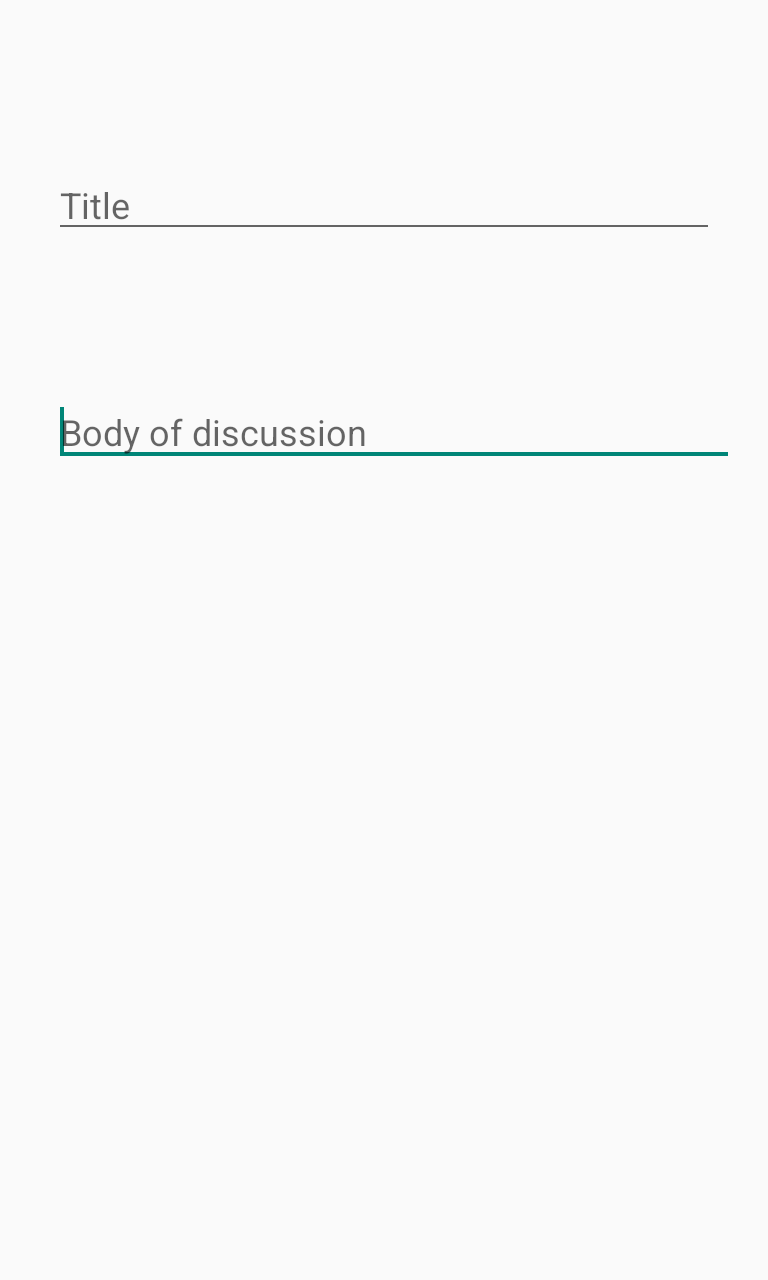
Repository: jayasi/Tag-Overflow
Layout: TagOverflow/res/layout/new_post.xml
An editor plug-in stored every save of this project. The layout is shown before and after the next save, followed by the edit.
It is drawn on a 768 x 1280 px phone screen (xhdpi) without system bars, with theme AppTheme; the app's code is not run. The app's manifest (not shown) leaves right-to-left support off. So textAlignment, textDirection and layoutDirection are ignored, and left and right values win over start and end ones.

Above is the layout before, as saved 2015-02-17 20:04:26.

### TagOverflow/res/layout/new_post.xml
<RelativeLayout xmlns:android="http://schemas.android.com/apk/res/android"
    xmlns:tools="http://schemas.android.com/tools"
    android:layout_width="match_parent"
    android:layout_height="match_parent"
    android:paddingBottom="@dimen/activity_vertical_margin"
    android:paddingLeft="@dimen/activity_horizontal_margin"
    android:paddingRight="@dimen/activity_horizontal_margin"
    android:paddingTop="@dimen/activity_vertical_margin"
    tools:context="com.example.tagoverflow.Home" >

    <EditText
        android:id="@+id/title"
        android:layout_width="match_parent"
        android:layout_height="wrap_content"
        android:layout_alignParentLeft="true"
        android:layout_alignParentTop="true"
        android:layout_marginLeft="10dp"
        android:layout_marginRight="10dp"
        android:hint="Title"
        android:layout_marginTop="64dp"
        android:ems="10" />

    <EditText
        android:id="@+id/body"
        android:layout_width="match_parent"
        android:layout_height="wrap_content"
        android:layout_alignStart="@+id/title"
        android:layout_alignLeft = "@+id/title"
        android:layout_below="@+id/title"
        android:layout_marginTop="72dp"
        android:ems="10"
        android:hint="Body of discussion"
        android:inputType="textMultiLine" >

        <requestFocus />
    </EditText>

</RelativeLayout>

Loaded but not shown: TagOverflow/res/values/styles.xml (common file); TagOverflow/res/values-v11/styles.xml (common file); TagOverflow/res/values-v14/styles.xml (common file); TagOverflow/res/values/dimens.xml (common file); TagOverflow/res/values-w820dp/dimens.xml (common file)

After the next save:
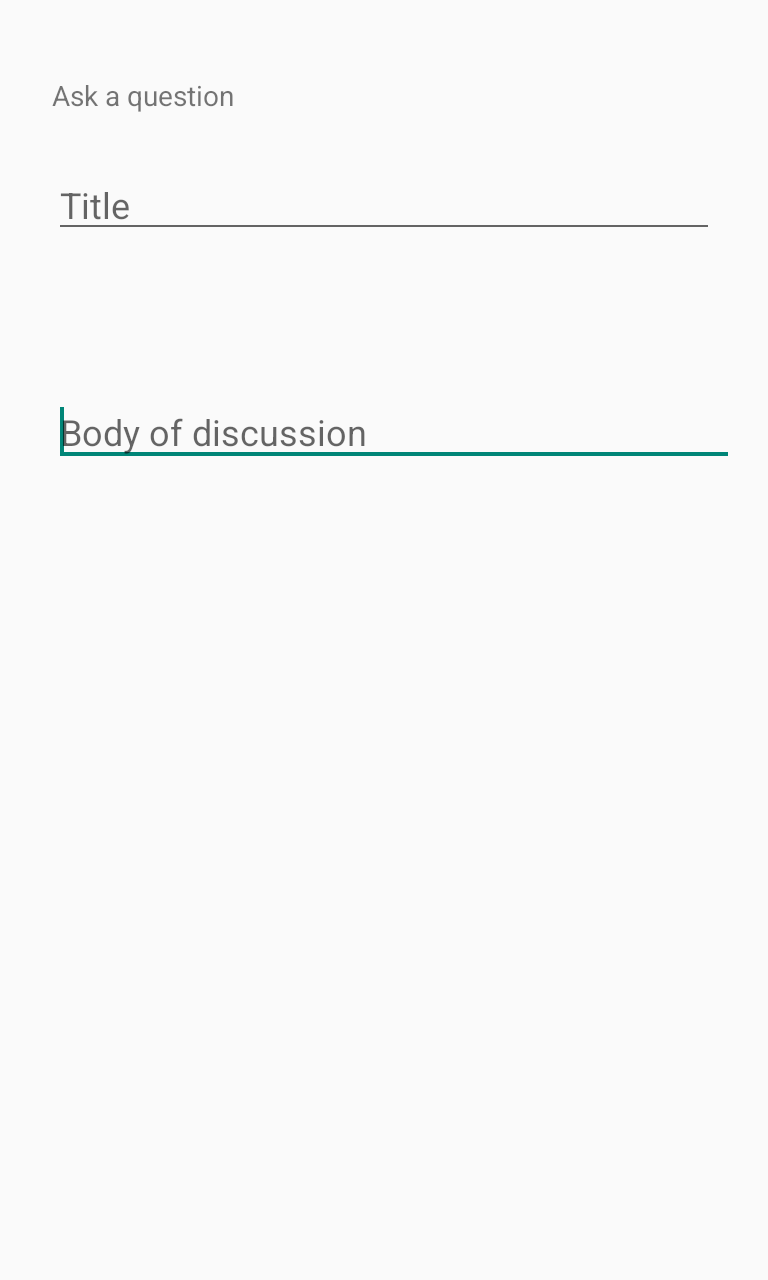
Saved 63 s later.
--- a/TagOverflow/res/layout/new_post.xml
+++ b/TagOverflow/res/layout/new_post.xml
@@ -35,4 +35,14 @@
         <requestFocus />
     </EditText>
 
+    <TextView
+        android:id="@+id/textView1"
+        android:layout_width="wrap_content"
+        android:layout_height="wrap_content"
+        android:layout_alignLeft="@+id/title"
+        android:layout_alignParentTop="true"
+        android:layout_marginTop="22dp"
+        android:text="Ask a question"
+        android:textAppearance="?android:attr/textAppearanceSmall" />
+
 </RelativeLayout>

After the 3 saves that followed:
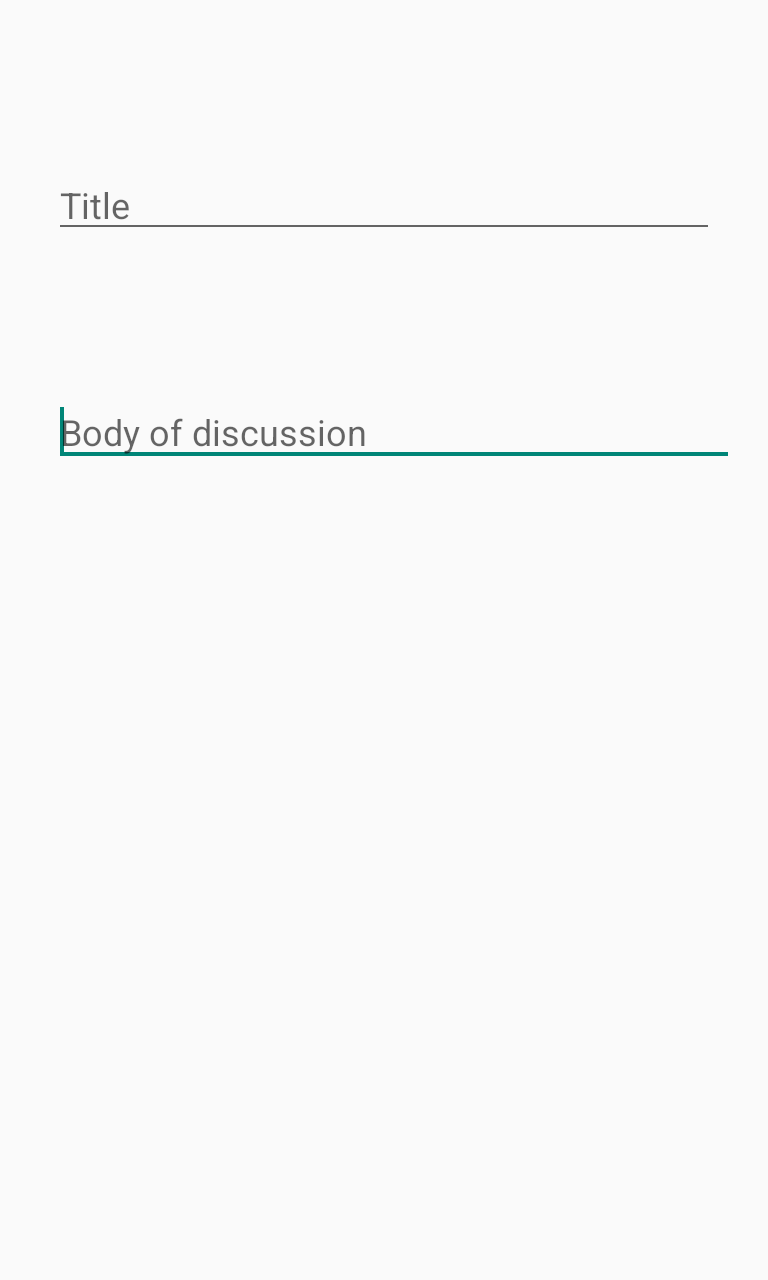
The 3 saves are shown as one change because 2 left the picture as it was.
The last was saved 89 s later.
--- a/TagOverflow/res/layout/new_post.xml
+++ b/TagOverflow/res/layout/new_post.xml
@@ -35,14 +35,5 @@
         <requestFocus />
     </EditText>
 
-    <TextView
-        android:id="@+id/textView1"
-        android:layout_width="wrap_content"
-        android:layout_height="wrap_content"
-        android:layout_alignLeft="@+id/title"
-        android:layout_alignParentTop="true"
-        android:layout_marginTop="22dp"
-        android:text="Ask a question"
-        android:textAppearance="?android:attr/textAppearanceSmall" />
 
 </RelativeLayout>
